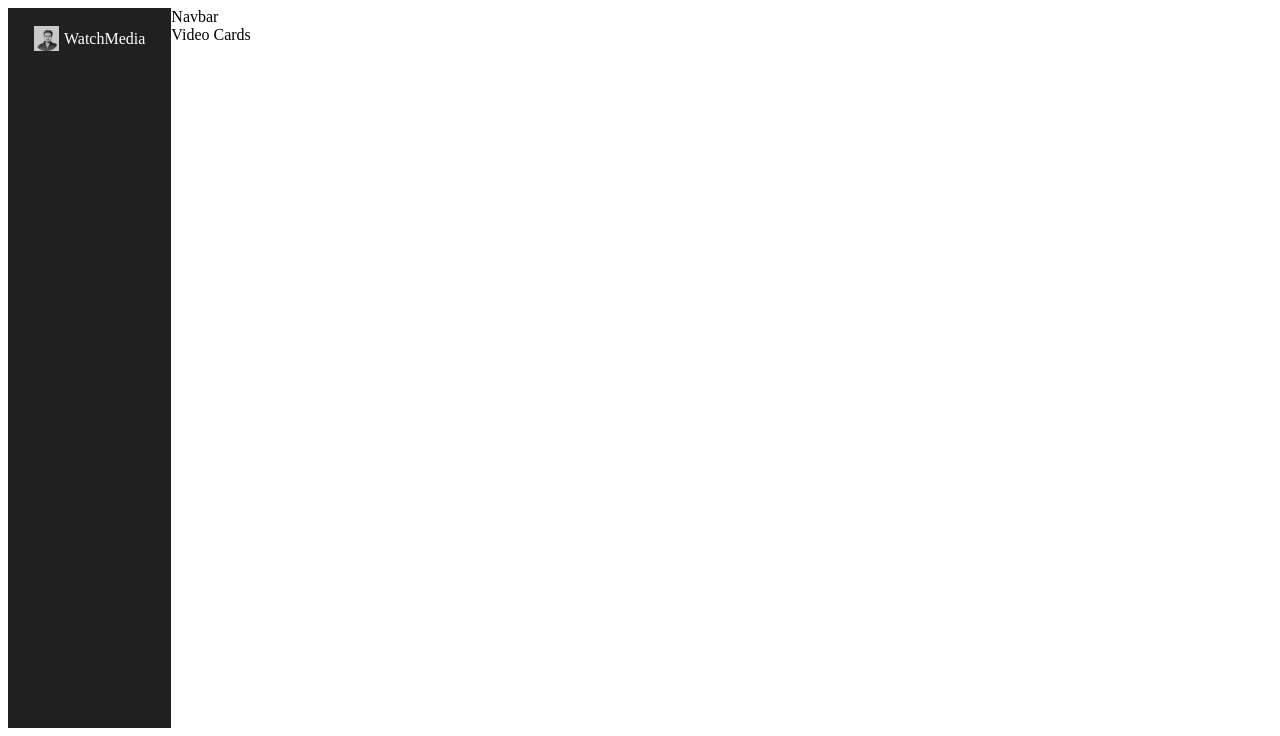
Repository: inzamamahmad3/final-year-project-skeleton
Page: /video/test
These files come from the project's save history. The page is drawn as it stood at one moment and after the next save; the edit follows.
The browser window is 1280 px wide. The pictures show the whole page.
The project was rebuilt for these pictures with package versions that can differ from the ones it lists, and the page was loaded fresh each time.

Above is the page before, as saved 2023-07-17 23:45:22.

### src/App.js
import styled from "styled-components";
import Menu from "./components/Menu";
import Navbar from "./components/Navbar";

const Container = styled.div`
  display: flex;
`;
const Main = styled.div`
  flex: 7;
`;
const Wrapper = styled.div``;

function App() {
  return (
    <>
      <Container>
        <Menu />
        <Main>
          <Navbar />
          <Wrapper>Video Cards</Wrapper>
        </Main>
      </Container>
    </>
  );
}

export default App;

### src/components/Menu.jsx
import React from "react";
import styled from "styled-components";
import watch from "../img/pic.png";

const Container = styled.div`
  flex: 1;
  background-color: #202020;
  height: 100vh;
  color: white;
`;

const Wrapper = styled.div`
  padding: 18px 26px;
`;

const Logo = styled.div`
  display: flex;
  align-items: center;
  gap: 5px;
`;

const Img = styled.img`
  height: 25px;
`;
function Menu() {
  return (
    <Container>
      <Wrapper>
        <Logo>
          <Img src={watch} />
          WatchMedia
        </Logo>
      </Wrapper>
    </Container>
  );
}

export default Menu;

Loaded but not shown: public/index.html (common file); src/index.js (common file); src/components/Navbar.jsx (common file)

After the next save:
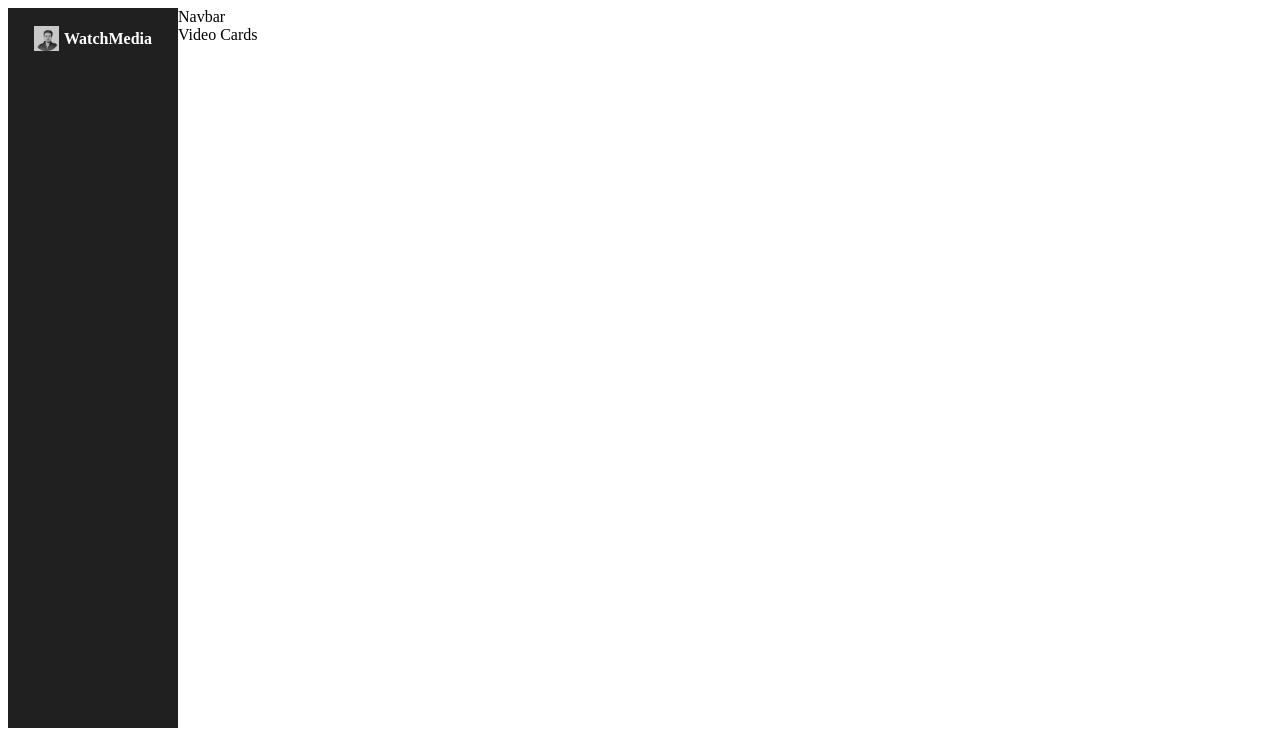
Saved 29 s later.
--- a/src/components/Menu.jsx
+++ b/src/components/Menu.jsx
@@ -17,6 +17,7 @@ const Logo = styled.div`
   display: flex;
   align-items: center;
   gap: 5px;
+  font-weight: bold;
 `;
 
 const Img = styled.img`
